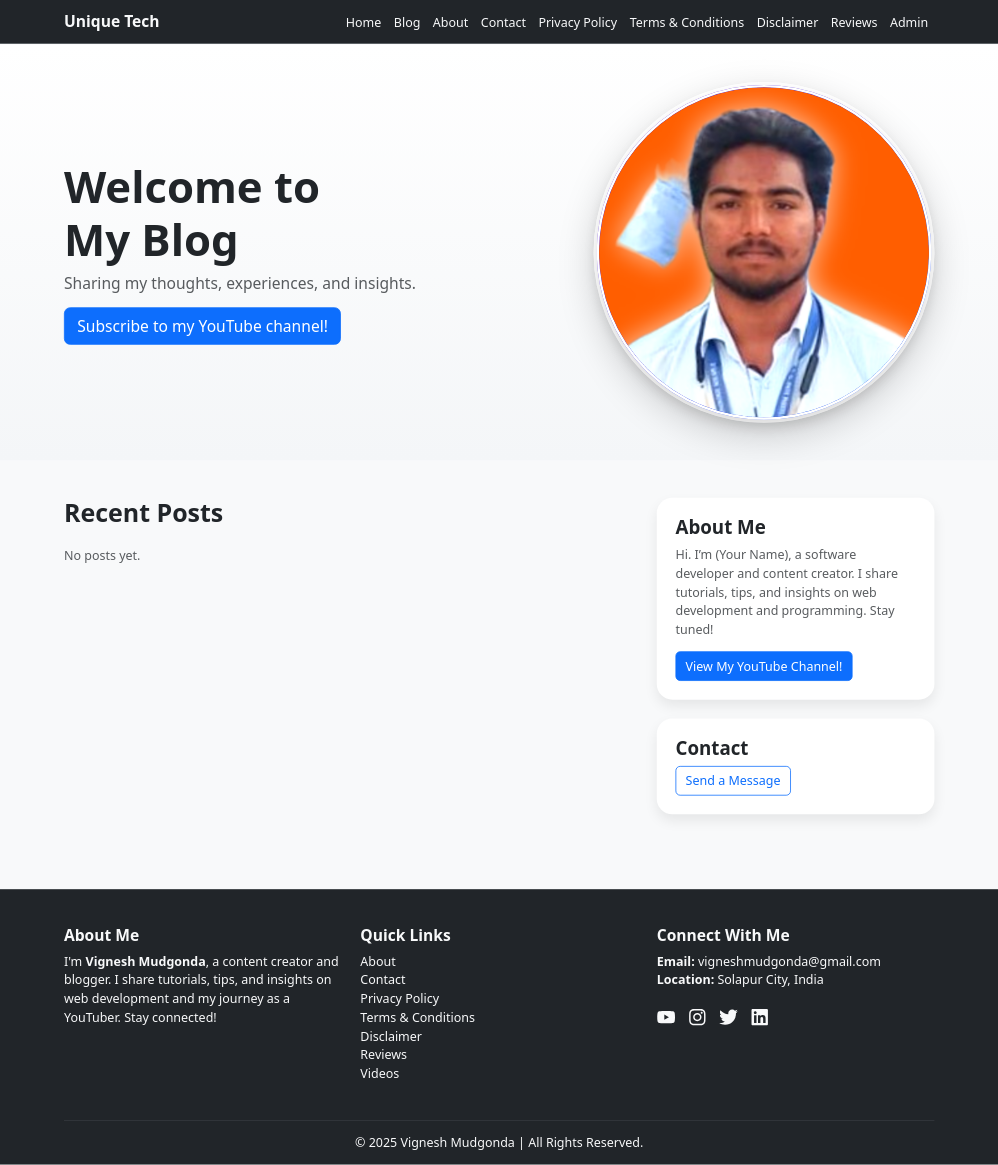
Repository: vigneshmudgonda/Blog2
Page: / (app in blog-frontend-full/)
An editor plug-in stored every save of this project. The page is shown before and after a run of saves, followed by the edit.
The browser window is 1280 px wide. The pictures show the whole page, at 78% of full size.
The page's requests for data from a server got no answer. The project was rebuilt for these pictures with package versions that can differ from the ones it lists, and the page was loaded fresh each time. No one was signed in, and anything a server would have sent is missing. Also part of the build but not shown: blog-frontend-full/src/pages/BlogList.js, blog-frontend-full/src/pages/BlogDetail.js, blog-frontend-full/src/pages/Reviews.js, blog-frontend-full/src/pages/Contact.js, blog-frontend-full/src/pages/About.js, blog-frontend-full/src/pages/AdminLogin.js, blog-frontend-full/src/pages/AdminDashboard.js, blog-frontend-full/src/pages/YoutubeVideos.js and 2 more.

Above is the page before, as saved 2025-08-22 20:05:20.

### blog-frontend-full/public/index.html
<!DOCTYPE html>
<html lang="en">
  <head>
    <meta charset="utf-8" />
    <meta name="viewport" content="width=device-width, initial-scale=1" />
    <title>My Blog</title>
    <meta name="description" content="Personal blog powered by React + Bootstrap" />
    <link rel="icon" href="%PUBLIC_URL%/favicon.ico" />
  </head>
  <body>
    <noscript>You need to enable JavaScript to run this app.</noscript>
    <div id="root"></div>
  </body>
</html>

### blog-frontend-full/src/index.js
import React from 'react';
import { createRoot } from 'react-dom/client';
import { BrowserRouter } from 'react-router-dom';
import App from './App';
import 'bootstrap/dist/css/bootstrap.min.css';
import 'bootstrap/dist/js/bootstrap.bundle.min.js';
import './index.css';

const root = createRoot(document.getElementById('root'));
root.render(
  <BrowserRouter>
    <App/>
  </BrowserRouter>
);

### blog-frontend-full/src/App.js
import React from 'react';
import { Routes, Route } from 'react-router-dom';
import Navbar from './components/Navbar';
import Footer from './components/Footer';
import Home from './pages/Home';
import BlogList from './pages/BlogList';
import BlogDetail from './pages/BlogDetail';
import Reviews from './pages/Reviews';
import Contact from './pages/Contact';
import About from './pages/About';
import AdminLogin from './pages/AdminLogin';

import AdminDashboard from "./pages/AdminDashboard";
import YoutubeVideos from "./pages/YoutubeVideos";
import PrivateRoute from "./components/PrivateRoute";
import NotFound from "./pages/NotFound";

export default function App(){
  return (
    <div className="d-flex flex-column min-vh-100">
      <Navbar/>
      <main className="flex-grow-1">
        <Routes>
          <Route path="/" element={<Home/>} />
          <Route path="/blog" element={<BlogList/>} />
          <Route path="/blog/:id" element={<BlogDetail/>} />
          <Route path="/reviews" element={<Reviews/>} />
          <Route path="/contact" element={<Contact/>} />
          <Route path="/about" element={<About/>} />
          <Route path="/login" element={<AdminLogin/>} />

         <Route path="*" element={<NotFound />} />
          <Route path="/youtube" element={<YoutubeVideos />} />
             <Route
          path="/admin"
          element={
            <PrivateRoute>
              <AdminDashboard />
            </PrivateRoute>
          }
        />
        </Routes>
      </main>
      <Footer/>
    </div>
  );
}

### blog-frontend-full/src/index.css
:root{--radius:1.25rem}
body{background:#f8f9fa}
.shadow-soft{box-shadow:0 .5rem 1rem rgba(0,0,0,.08)}
.rounded-2xl{border-radius:var(--radius)}
.hero{background:linear-gradient(180deg,#ffffff 0%,#f4f6f8 100%)}
.post-card img{object-fit:cover;height:180px}
a{text-decoration:none}

### blog-frontend-full/src/components/Navbar.js
import React from 'react';
import { Link, NavLink } from 'react-router-dom';

export default function Navbar(){
  return (
    <nav className="navbar navbar-expand-lg bg-dark border-bottom sticky-top">
      <div className="container">
        <Link className="navbar-brand fw-bold text-light " to="/">Unique Tech</Link>
        <button className="navbar-toggler" type="button" data-bs-toggle="collapse" data-bs-target="#nav">
          <span className="navbar-toggler-icon"></span>
        </button>
        <div id="nav" className="collapse navbar-collapse ">
          <ul className="navbar-nav ms-auto">
            <li className="nav-item"><NavLink end className="nav-link text-light " to="/">Home</NavLink></li>
            <li className="nav-item"><NavLink className="nav-link text-light " to="/blog">Blog</NavLink></li>

            <li className="nav-item"><NavLink className="nav-link text-light " to="/about">About</NavLink></li>
            <li className="nav-item"><NavLink className="nav-link text-light " to="/contact">Contact</NavLink></li>
                 <li className="nav-item"><NavLink className="nav-link text-light " to="/Privacy-Policy">Privacy Policy</NavLink></li>
                  <li className="nav-item"><NavLink className="nav-link text-light " to="/terms">Terms & Conditions</NavLink></li>
                  <li className="nav-item"><NavLink className="nav-link text-light " to="/disclaimer">Disclaimer</NavLink></li>
            <li className="nav-item"><NavLink className="nav-link text-light " to="/reviews">Reviews</NavLink></li>
            <li className="nav-item"><NavLink className="nav-link text-light " to="/login">Admin</NavLink></li>
          </ul>
        </div>
      </div>
    </nav>
  );
}

### blog-frontend-full/src/components/Footer.js
import React from "react";
import { Link } from "react-router-dom";
import {
  FaYoutube,
  FaInstagram,
  FaTwitter,
  FaLinkedin,
} from "react-icons/fa";

export default function Footer() {
  return (
    <footer className="bg-dark text-light pt-5 pb-3 mt-5">
      <div className="container">
        <div className="row">
          {/* About Me */}
          <div className="col-md-4 mb-3">
            <h5 className="fw-bold">About Me</h5>
            <p>
              I'm <strong>Vignesh Mudgonda</strong>, a content creator and
              blogger. I share tutorials, tips, and insights on web development
              and my journey as a YouTuber. Stay connected!
            </p>
          </div>

          {/* Quick Links */}
          <div className="col-md-4 mb-3">
            <h5 className="fw-bold">Quick Links</h5>
            <ul className="list-unstyled">



              <li><Link to="/about" className="text-light text-decoration-none">About</Link></li>
              <li><Link to="/contact" className="text-light text-decoration-none">Contact</Link></li>
              <li><Link to="/Privacy-Policy" className="text-light text-decoration-none">Privacy Policy</Link></li>
              <li><Link to="/terms" className="text-light text-decoration-none">Terms & Conditions</Link></li>
              <li><Link to="/disclaimer" className="text-light text-decoration-none">Disclaimer</Link></li>
              <li><Link to="/reviews" className="text-light text-decoration-none">Reviews</Link></li>
              <li><Link to="/youtube" className="text-light text-decoration-none">Videos</Link></li>

            </ul>
          </div>



          {/* Connect With Me */}
          <div className="col-md-4 mb-3">
            <h5 className="fw-bold">Connect With Me</h5>
            <p>
              <strong>Email:</strong>{" "}
              <a
                href="mailto:vigneshmudgonda@gmail.com"
                className="text-light text-decoration-none"
              >
                vigneshmudgonda@gmail.com
              </a>
              <br />
              <strong>Location:</strong> Solapur City, India
            </p>
            <div className="d-flex gap-3 fs-4">
              <a href="https://www.youtube.com/@UNIQUETECH03" className="text-light"><FaYoutube /></a>
              <a href="https://www.instagram.com/uniquetech17/" className="text-light"><FaInstagram /></a>
              <a href="https://twitter.com" className="text-light"><FaTwitter /></a>
              <a href="https://www.linkedin.com/in/vignesh-mudgonda-b1572423b/com" className="text-light"><FaLinkedin /></a>
            </div>
          </div>
        </div>

        <hr className="border-secondary" />
        <p className="text-center mb-0">
          © 2025 Vignesh Mudgonda | All Rights Reserved.
        </p>
      </div>
    </footer>
  );
}

### blog-frontend-full/src/pages/Home.js
// src/pages/Home.js
import React, { useEffect, useState } from 'react';
import { Link } from 'react-router-dom';
import api from '../services/api';

export default function Home(){
  const [posts, setPosts] = useState([]);

  useEffect(()=>{
    (async ()=>{
      try{
        const res = await api.get('/api/blogs', { params: { limit: 2, page: 1 } });
        setPosts(res.data.blogs || []);
      }catch(e){
        console.error(e);
      }
    })();
  },[]);

  // ✅ helper function to strip HTML tags
  const stripHtml = (html) => {
    return html.replace(/<[^>]+>/g, '');
  };

  return (
    <div>
      {/* Hero Section */}
      <section className="hero py-5">
        <div className="container">
          <div className="row align-items-center g-5">
            <div className="col-lg-7">
              <h1 className="display-4 fw-bold">Welcome to<br/>My Blog</h1>
              <p className="lead text-muted">Sharing my thoughts, experiences, and insights.</p>
              <a
                href={process.env.REACT_APP_YOUTUBE_URL || '#'}
                target="_blank"
                rel="noreferrer"
                className="btn btn-primary btn-lg"
              >
                Subscribe to my YouTube channel!
              </a>
            </div>
            <div className="col-lg-5">
              <div
                className="rounded-circle ratio ratio-1x1 d-flex align-items-center justify-content-center shadow-lg"
                style={{
                  background: "linear-gradient(135deg, #6a11cb, #2575fc)",
                  padding: "12px",
                  boxShadow: "0 8px 20px rgba(0,0,0,0.15), 0 4px 12px rgba(0,0,0,0.1)",
                  border: "4px solid #fff"
                }}
              >
                <img
                  alt="Profile"
                  className="rounded-circle w-100 h-100 object-fit-cover border border-3 border-white shadow"
                  src="picofme.png"
                />
              </div>
            </div>
          </div>
        </div>
      </section>

      {/* Recent Posts */}
      <section className="container my-5">
        <div className="row">
          <div className="col-lg-8">
            <h2 className="fw-bold mb-4">Recent Posts</h2>
            <div className="row g-4">
              {posts.map(p => (
                <div className="col-md-6" key={p._id}>
                  <div className="card rounded-2xl shadow-soft post-card h-100">
                    {p.image && (
                      <img src={p.image} className="card-img-top" alt={p.title}/>
                    )}
                    <div className="card-body">
                      <h5 className="card-title">{p.title}</h5>
                      <p className="text-muted small mb-2">
                        {new Date(p.createdAt || Date.now()).toDateString()}
                      </p>
                      {/* ✅ Strip HTML and then slice preview */}
                      <p className="card-text">
                        {stripHtml(p.content || '').slice(0, 100)}...
                      </p>
                      <Link
                        to={`/blog/${p._id}`}
                        className="btn btn-outline-primary btn-sm"
                      >
                        Read More
                      </Link>
                    </div>
                  </div>
                </div>
              ))}
              {!posts.length && <p className="text-muted">No posts yet.</p>}
            </div>
          </div>

          {/* Sidebar */}
          <div className="col-lg-4">
            <div className="mb-4 p-4 bg-white rounded-2xl shadow-soft">
              <h4 className="fw-bold">About Me</h4>
              <p className="text-muted">
                Hi. I’m (Your Name), a software developer and content creator.
                I share tutorials, tips, and insights on web development and programming. Stay tuned!
              </p>
              <a
                className="btn btn-primary"
                href={process.env.REACT_APP_YOUTUBE_URL || '#'}
                target="_blank"
                rel="noreferrer"
              >
                View My YouTube Channel!
              </a>
            </div>
            <div className="p-4 bg-white rounded-2xl shadow-soft">
              <h4 className="fw-bold">Contact</h4>
              <Link className="btn btn-outline-primary" to="/contact">Send a Message</Link>
            </div>
          </div>
        </div>
      </section>
    </div>
  );
}

### blog-frontend-full/src/services/api.js
import axios from 'axios';
const API_URL = process.env.REACT_APP_API_URL || 'http://localhost:5000';
const api = axios.create({ baseURL: API_URL });
export default api;

After the next 3 saves:
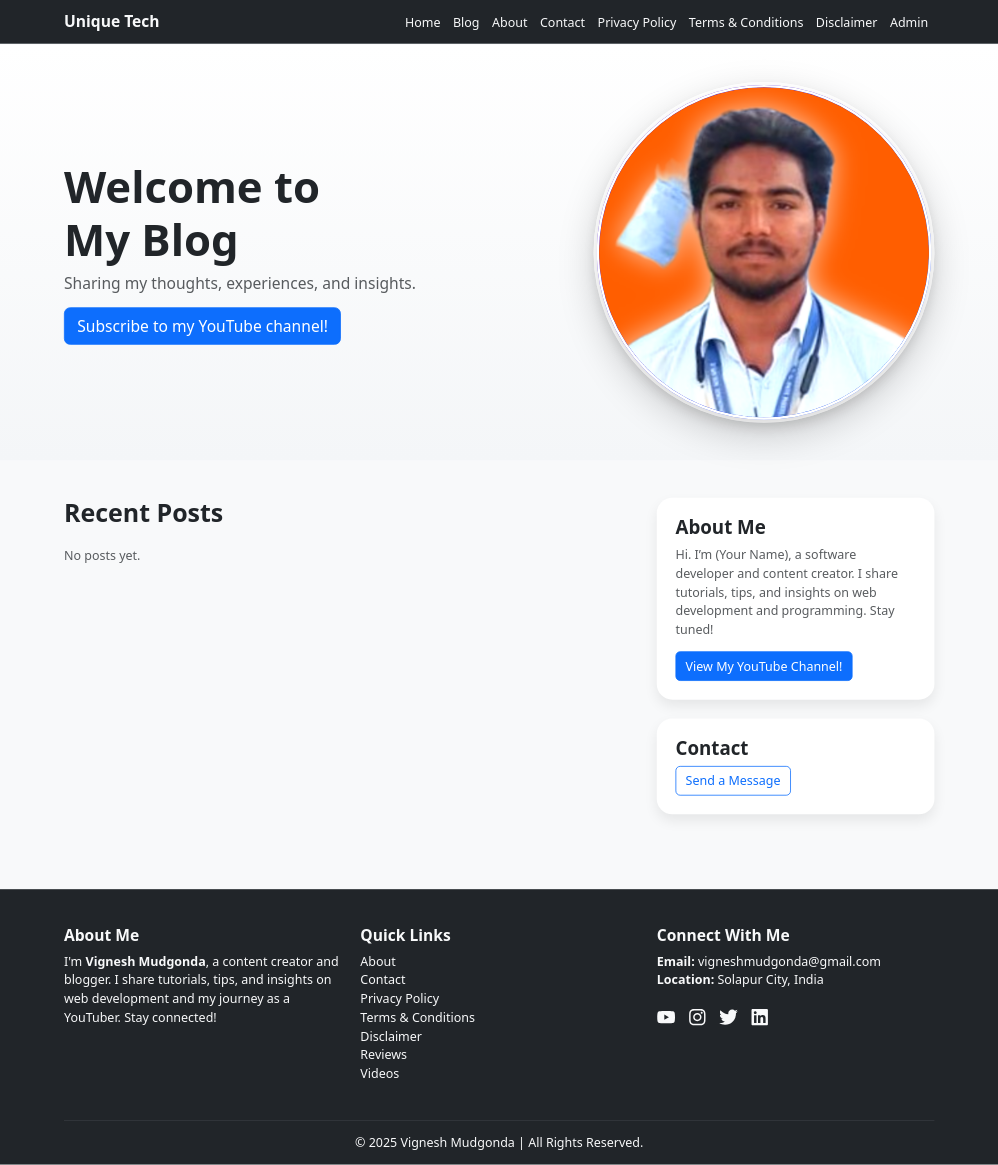
The 3 saves are shown as one change because they came seconds apart.
The last was saved 92 s later.
--- a/blog-frontend-full/src/components/Navbar.js
+++ b/blog-frontend-full/src/components/Navbar.js
@@ -19,7 +19,7 @@ export default function Navbar(){
                  <li className="nav-item"><NavLink className="nav-link text-light " to="/Privacy-Policy">Privacy Policy</NavLink></li>
                   <li className="nav-item"><NavLink className="nav-link text-light " to="/terms">Terms & Conditions</NavLink></li>
                   <li className="nav-item"><NavLink className="nav-link text-light " to="/disclaimer">Disclaimer</NavLink></li>
-            <li className="nav-item"><NavLink className="nav-link text-light " to="/reviews">Reviews</NavLink></li>
+
             <li className="nav-item"><NavLink className="nav-link text-light " to="/login">Admin</NavLink></li>
           </ul>
         </div>
